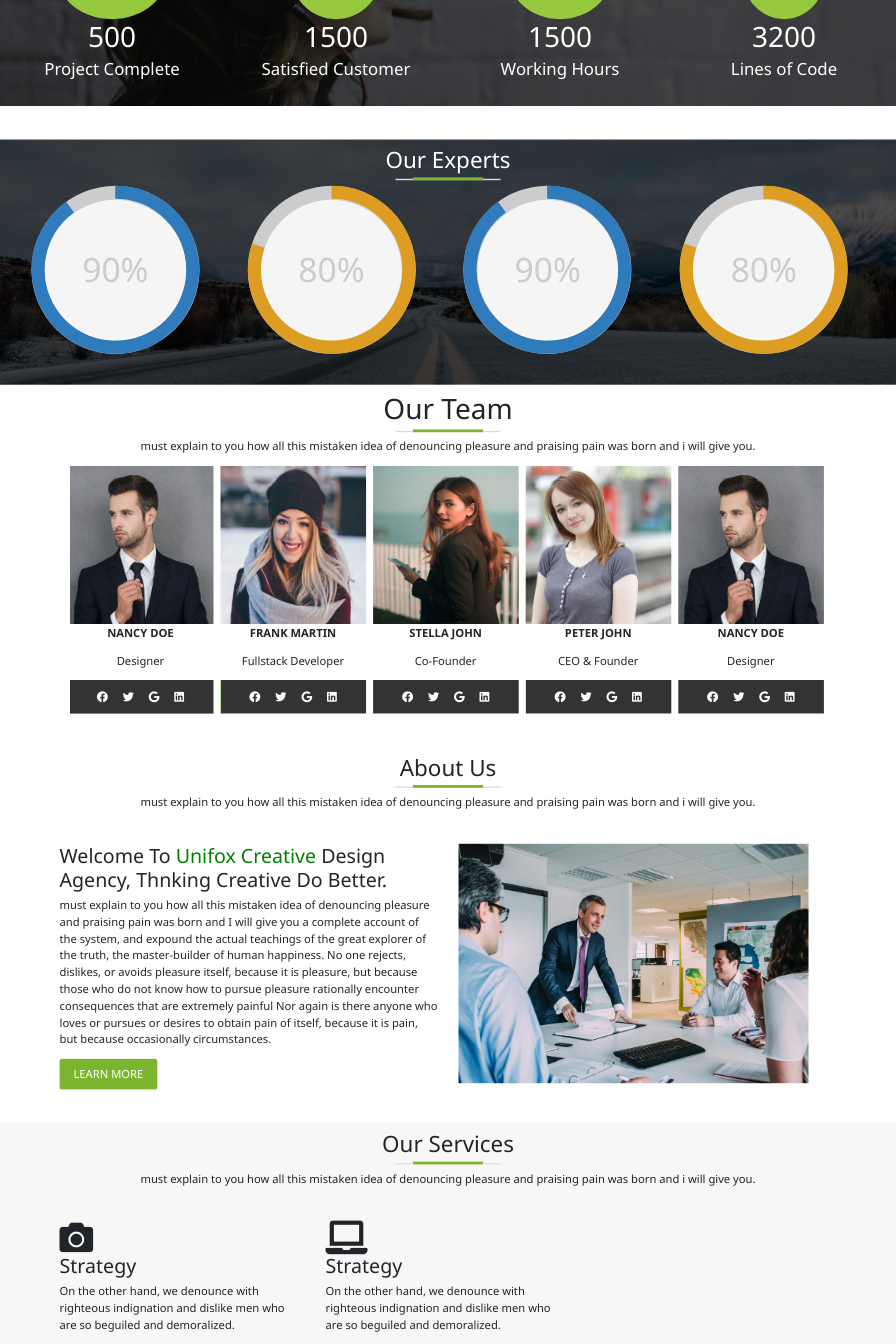
Repository: ibrkhalil/Uniforce-First-Attempt
Page: index.html
These files come from the project's save history. The page is drawn as it stood at one moment and after the next save; the edit follows.
The browser window is 1280 px wide. The pictures show the part of the page from y = 869 to 2789 px (the page is 2789 px tall), at 70% of full size.
Backgrounds fixed to the window are drawn as part of the page.

Above is the page before, as saved 2021-01-24 02:43:34.

### index.html
<!DOCTYPE html>
<html lang="en">
  <head>
    <meta charset="UTF-8" />
    <link rel="stylesheet" href="./bootstrap.min.css" />
    <link rel="stylesheet" href="owl.carousel.css" />
    <link rel="preconnect" href="https://fonts.gstatic.com" />
    <link rel="stylesheet" href="./jquery-ui.css" />
    <link
      rel="stylesheet"
      href="https://use.fontawesome.com/releases/v5.15.2/css/all.css"
      integrity="sha384-vSIIfh2YWi9wW0r9iZe7RJPrKwp6bG+s9QZMoITbCckVJqGCCRhc+ccxNcdpHuYu"
      crossorigin="anonymous"
    />
    <link rel="stylesheet" href="./circle.css" />
    <link
      href="https://fonts.googleapis.com/css2?family=Open+Sans&display=swap"
      rel="stylesheet"
    />
    <link rel="stylesheet" href="style.css" />
    <meta name="viewport" content="width=device-width, initial-scale=1.0" />
    <title>Unifox</title>
  </head>

  <body>
    <div class="main-nav">
      <nav
        class="navbar navbar-expand-lg justify-content-around sticky-top navbar-fixed-top"
      >
        <!-- <div class="container"> -->
        <a class="navbar-brand" href="#"><h3 class="unifox">UNIFOX</h3></a>
        <button
          class="navbar-toggler"
          type="button"
          data-toggle="collapse"
          data-target="#navbarSupportedContent"
          aria-controls="navbarSupportedContent"
          aria-expanded="false"
          aria-label="Toggle navigation"
        >
          <span class="fa fa-bars fa-3x"></span>
        </button>
        <div class="">
          <div class="nav-items">
            <div class="collapse navbar-collapse" id="navbarSupportedContent">
              <ul class="navbar-nav mr-auto">
                <li class="item">
                  <a class="nav-link active" href="#">HOME</a>
                </li>
                <li class="nav-item"><a class="nav-link" href="#">ABOUT</a></li>
                <li class="nav-item">
                  <a class="nav-link" href="#">SERVICES</a>
                </li>
                <li class="nav-item">
                  <a class="nav-link" href="#">POROFOLIO</a>
                </li>
                <li class="nav-link"><a href="#">PRICES</a></li>
                <li class="nav-link"><a href="#">TEAM</a></li>
                <li class="nav-link"><a href="#">TESTIMONIALS</a></li>
                <li class="nav-link"><a href="#">BLOG</a></li>
                <li class="nav-link"><a href="#">CONTACT</a></li>
              </ul>
            </div>
          </div>
        </div>

        <!-- </div> -->
      </nav>

      <!-- nav end -->

      <div class="jumbotron">
        <h1 class="display-4 jumbo-main-text">
          <strong>Unifox Creative & Unique.</strong>
        </h1>
        <p class="lead jumbo-subtext">
          Unifox Denounce With Righteous Indignation And Dislike Men Who Are So
          Beguiled And Demoralized By The Charms Of Pleasure Of The Moment.
        </p>

        <div class="jumbo-btns">
          <p class="lead">
            <a class="btn jumbo-btn btn-primary btn-lg" href="#" role="button"
              >Download Now</a
            >
          </p>
          <p class="lead">
            <a class="btn jumbo-btn btn-primary btn-lg" href="#" role="button"
              >Discover More</a
            >
          </p>
        </div>
      </div>
      <!-- jumbotron end -->
      <!-- heading end -->
    </div>
    <div class="counting-number parallax">
      <div class="container-fluid">
        <div class="row">
          <div class="col-md-3">
            <i class="fa counting-icon fa-cloud fa-5x"></i>
            <h1 class="counter" data-count="500">0</h1>
            <h4>Project Complete</h4>
          </div>
          <div class="col-md-3">
            <i class="fa counting-icon fa-user fa-5x"></i>
            <h1 class="counter" data-count="1500">0</h1>
            <h4>Satisfied Customer</h4>
          </div>
          <div class="col-md-3">
            <i class="fa counting-icon fa-folder-open fa-5x"></i>
            <h1 class="counter" data-count="1500">0</h1>
            <h4>Working Hours</h4>
          </div>
          <div class="col-md-3">
            <i class="fa counting-icon fa-plug fa-5x"></i>
            <h1 class="counter" data-count="3200">0</h1>
            <h4>Lines of Code</h4>
          </div>
        </div>
      </div>
    </div>

    <br />
    <br />

    <!-- Counting number div -->
    <div class="our-experts-main">
      <h2 class="our-experts-word line">Our Experts</h2>

      <div class="our-experts">
        <div class="clearfix circular-icons">
          <div class="c100 p90 big blue">
            <span>90%</span>
            <div class="slice">
              <div class="bar"></div>
              <div class="fill"></div>
            </div>
          </div>
          <div class="c100 p80 big orange">
            <span>80%</span>
            <div class="slice">
              <div class="bar"></div>
              <div class="fill"></div>
            </div>
          </div>
          <div class="c100 p90 big blue">
            <span>90%</span>
            <div class="slice">
              <div class="bar"></div>
              <div class="fill"></div>
            </div>
          </div>

          <div class="c100 p80 big orange">
            <span>80%</span>
            <div class="slice">
              <div class="bar"></div>
              <div class="fill"></div>
            </div>
          </div>
        </div>
        <!-- /green -->

        <!-- orange -->
        <div class="clearfix"></div>
      </div>
    </div>

    <!-- experts end -->

    <div class="our-team">
      <div class="container">
        <div class="our-team-text">
          <h1 class="line">Our Team</h1>

          <p>
            must explain to you how all this mistaken idea of denouncing
            pleasure and praising pain was born and i will give you.
          </p>
        </div>
        <div class="top-content">
          <div class="container-fluid">
            <div class="owl-carousel owl-theme">
              <div class="item">
                <img
                  src="./images/1 (1).jpg"
                  class="img-fluid mx-auto d-block"
                  alt="img1"
                />
                <strong class="team-member-name">
                  <p>STELLA JOHN</p>
                </strong>
                <p>Co-Founder</p>
                <div class="social-media-icons" data-content="Link Hover">
                  <div
                    class="container d-flex justify-content-around align-items-center"
                  >
                    <i class="fab fa-facebook"></i>
                    <i class="fab fa-twitter"></i>
                    <i class="fab fa-google"></i>
                    <i class="fab fa-linkedin"></i>
                  </div>
                </div>
              </div>

              <div class="item">
                <img
                  src="./images/2 (1).jpg"
                  class="img-fluid mx-auto d-block"
                  alt="img2"
                />
                <strong class="team-member-name">
                  <p>PETER JOHN</p>
                </strong>
                <p>CEO & Founder</p>
                <div class="social-media-icons">
                  <div
                    class="container d-flex justify-content-around align-items-center"
                  >
                    <i class="fab fa-facebook"></i>
                    <i class="fab fa-twitter"></i>
                    <i class="fab fa-google"></i>
                    <i class="fab fa-linkedin"></i>
                  </div>
                </div>
              </div>

              <div class="item">
                <img
                  src="./images/3 (1).jpg"
                  class="img-fluid mx-auto d-block"
                  alt="img3"
                />
                <strong class="team-member-name">
                  <p>NANCY DOE</p>
                </strong>
                <p>Designer</p>
                <div class="social-media-icons">
                  <div
                    class="container d-flex justify-content-around align-items-center"
                  >
                    <i class="fab fa-facebook"></i>
                    <i class="fab fa-twitter"></i>
                    <i class="fab fa-google"></i>
                    <i class="fab fa-linkedin"></i>
                  </div>
                </div>
              </div>

              <div class="item">
                <img
                  src="./images/4.jpg"
                  class="img-fluid mx-auto d-block"
                  alt="img4"
                />
                <strong class="team-member-name">
                  <p>FRANK MARTIN</p>
                </strong>
                <p>Fullstack Developer</p>
                <div class="social-media-icons">
                  <div
                    class="container d-flex justify-content-around align-items-center"
                  >
                    <i class="fab fa-facebook"></i>
                    <i class="fab fa-twitter"></i>
                    <i class="fab fa-google"></i>
                    <i class="fab fa-linkedin"></i>
                  </div>
                </div>
              </div>
            </div>
          </div>
        </div>
      </div>
    </div>
        <section class="about-section my-5 green-bottom-border">
            <div class="container">
                <h2 class="line">About Us</h2>
                <p class="mb-5 aligny-center">must explain to you how all this mistaken idea of denouncing pleasure and praising pain was born and i will give you.</p>
                <div class="row">
                    <div class="col-md-6"><h3>Welcome To <span class="green-color">Unifox Creative</span> Design Agency, Thnking Creative Do Better.</h3><p>must explain to you how all this mistaken idea of denouncing pleasure and praising pain was born and I will give you a complete account of the system, and expound the actual teachings of the great explorer of the truth, the master-builder of human happiness. No one rejects, dislikes, or avoids pleasure itself, because it is pleasure, but because those who do not know how to pursue pleasure rationally encounter consequences that are extremely painful Nor again is there anyone who loves or pursues or desires to obtain pain of itself, because it is pain, but because occasionally circumstances.</p>
                    <a href="#" class="btn social-media-icons-invert">LEARN MORE</a>
                    </div>
                    <div class="col-md-6">
                        <img src="./about-bg.jpg" src="about" width="500px">
                    </div>
                </div>
            </div>
            </section>

            <section class="our-services">
                    <div class="container">

                        <h2 class="our-services-word line">
                            Our Services
                        </h2>
                        <p class="aligny-center mb-5">must explain to you how all this mistaken idea of denouncing pleasure and praising pain was born and i will give you.</p>
                        <div class="row">
                            <div class="col-md-4">
                                <i class="green-filled-border fa fa-camera fa-3x"></i>
                                <h3>Strategy</h3>
                                <p>On the other hand, we denounce with righteous indignation and dislike men who are so beguiled and demoralized.</p>
                            </div>
                            <div class="col-md-4">
                                <i class="green-filled-border fa fa-laptop fa-3x"></i>
                                <h3>Strategy</h3>
                                <p>On the other hand, we denounce with righteous indignation and dislike men who are so beguiled and demoralized.</p>
                            </div>
                            <div class="col-md-4"></div>
                        </div>

                    </div>
            </section>



    <script src="./jquery.js"></script>
    <script src="./jquery-ui.js"></script>
    <script src="./owl.carousel.js"></script>
    <script src="./owl.autoplay.js"></script>
    <script src="./bootstrap.js"></script>
    <script src="./script.js"></script>
  </body>
</html>

### style.css
*{
    margin: 0;
    padding: 0;
}
body{
    font-family: 'Segoe UI', Tahoma, Geneva, Verdana, sans-serif;
}
.nav-items{
    display: flex;
    width: 100%;
    justify-content: space-between;
}

.main-nav h3{
    font-family: 'Open Sans', sans-serif;
    font-weight: bold;
    font-size: x-large;
}
.main-nav{
    transition: all 200ms;
    font-size: small;
    background: linear-gradient(to right, #96c93d, #00b09b);
    height: 100vh;
}
.main-nav a{
    text-decoration: none;
    color: white;
    border: none;
}
 .main-nav li, .main-nav h3 {
    margin-top: 1rem;
}
.circular-icons{
    display: flex;
    justify-content: space-between;
}
.jumbotron{
    text-align: center;
    margin-top: 5rem;
    color: white;
    background-color: transparent;
}
.jumbo-btn{
    background-color: #7CB62F;
}

.navbar-fixed-top a:hover{
    color: #3e3e3e;
}
.navbar-fixed-top.scrolled {
    width: 100vw;
    background-color: #fff !important;
    /* padding: 0.5rem 0; */
    /* transition: all 200ms ease; */

  }
/* .navbar-fixed-top.scrolled  a{
    color: black;

  } */
  .navbar-fixed-top.scrolled  a:hover{
    color: gray;

  }
.jumbo-btns{
    display: flex;
    justify-content: center;
}
.jumbo-subtext{

    margin: 2rem auto;
    width: 50%;
}
.jumbo-main-text{
font-weight: 400;
}
.jumbo-btns p{
   margin-right: 0.5rem;
}
.lead-btns a{
    display: flex;
    border: none;
}
.parallax {
    background-image: url("./fun_facts_bg.jpg");
    height: 300px;
    background-blend-mode: overlay;
    background-attachment: fixed;
    background-position: center;
    background-repeat: no-repeat;
    background-size: cover;
    background-color: rgba(0, 0, 0,0.7);
    color: white;
    text-align: center;
    display: flex;
    align-items: center;
  }
  .parallax img {
      height: 300px;
      object-fit: cover;
  }
  .counting-icon{
      padding: 2rem;
      background-color: #96c93d ;
      border-radius: 50%;
  }
.jumbo-btn:hover{
    transition: 1s;
    background-color: black;
}
.line{
    position: relative;
    text-align: center;
    padding: 10px 0;
}
.line::after , .line::before{
    content: "";
    width: 100px;
    height: 4px;
    position: absolute;
    background-color: #7CB62F;
    left: 50%;
    transform: translate(-50%,0);
    bottom: 0;
}
.line::before{
    height: 2px;
    background-color: #ddd;
    width: 150px;
}


.clearfix:before,.clearfix:after {content: " "; display: table;}
.clearfix:after {clear: both;}
.clearfix {*zoom: 1;}


.our-experts-main{
    background-image: url("./skill-bg.jpg");
    height: 350px;
    background-blend-mode: overlay;
    background-attachment: fixed;
    background-position: center;
    background-repeat: no-repeat;
    background-size: cover;
    background-color: rgba(0, 0, 0,0.7);
    color: white;
}
.our-experts-main:first-child{
    display: flex;
    justify-content: center;
}
.our-experts h2{
    display: block !important;
}
.our-team{
    text-align: center;
}
@media (min-width: 768px) and (max-width: 991px) {
    /* Show 4th slide on md if col-md-4*/
    .carousel-inner .active.col-md-4.carousel-item + .carousel-item + .carousel-item + .carousel-item {
        position: absolute;
        top: 0;
        right: -33.3333%;  /*change this with javascript in the future*/
        z-index: -1;
        display: block;
        visibility: visible;
    }
}
@media (min-width: 576px) and (max-width: 768px) {
    /* Show 3rd slide on sm if col-sm-6*/
    .carousel-inner .active.col-sm-6.carousel-item + .carousel-item + .carousel-item {
        position: absolute;
        top: 0;
        right: -50%;  /*change this with javascript in the future*/
        z-index: -1;
        display: block;
        visibility: visible;
    }
}
@media (min-width: 576px) {
    .carousel-item {
        margin-right: 0;
    }
    /* show 2 items */
    .carousel-inner .active + .carousel-item {
        display: block;
    }
    .carousel-inner .carousel-item.active:not(.carousel-item-right):not(.carousel-item-left),
    .carousel-inner .carousel-item.active:not(.carousel-item-right):not(.carousel-item-left) + .carousel-item {
        transition: none;
    }
    .carousel-inner .carousel-item-next {
        position: relative;
        transform: translate3d(0, 0, 0);
    }
    /* left or forward direction */
    .active.carousel-item-left + .carousel-item-next.carousel-item-left,
    .carousel-item-next.carousel-item-left + .carousel-item,
    .carousel-item-next.carousel-item-left + .carousel-item + .carousel-item {
        position: relative;
        transform: translate3d(-100%, 0, 0);
        visibility: visible;
    }
    /* farthest right hidden item must be also positioned for animations */
    .carousel-inner .carousel-item-prev.carousel-item-right {
        position: absolute;
        top: 0;
        left: 0;
        z-index: -1;
        display: block;
        visibility: visible;
    }
    /* right or prev direction */
    .active.carousel-item-right + .carousel-item-prev.carousel-item-right,
    .carousel-item-prev.carousel-item-right + .carousel-item,
    .carousel-item-prev.carousel-item-right + .carousel-item + .carousel-item {
        position: relative;
        transform: translate3d(100%, 0, 0);
        visibility: visible;
        display: block;
        visibility: visible;
    }
}
/* MD */
@media (min-width: 768px) {
    /* show 3rd of 3 item slide */
    .carousel-inner .active + .carousel-item + .carousel-item {
        display: block;
    }
    .carousel-inner .carousel-item.active:not(.carousel-item-right):not(.carousel-item-left) + .carousel-item + .carousel-item {
        transition: none;
    }
    .carousel-inner .carousel-item-next {
        position: relative;
        transform: translate3d(0, 0, 0);
    }
    /* left or forward direction */
    .carousel-item-next.carousel-item-left + .carousel-item + .carousel-item + .carousel-item {
        position: relative;
        transform: translate3d(-100%, 0, 0);
        visibility: visible;
    }
    /* right or prev direction */
    .carousel-item-prev.carousel-item-right + .carousel-item + .carousel-item + .carousel-item {
        position: relative;
        transform: translate3d(100%, 0, 0);
        visibility: visible;
        display: block;
        visibility: visible;
    }
}
/* LG */
@media (min-width: 991px) {
    /* show 4th item */
    .carousel-inner .active + .carousel-item + .carousel-item + .carousel-item {
        display: block;
    }
    .carousel-inner .carousel-item.active:not(.carousel-item-right):not(.carousel-item-left) + .carousel-item + .carousel-item + .carousel-item {
        transition: none;
    }
    /* Show 5th slide on lg if col-lg-3 */
    .carousel-inner .active.col-lg-3.carousel-item + .carousel-item + .carousel-item + .carousel-item + .carousel-item {
        position: absolute;
        top: 0;
        right: -25%;  /*change this with javascript in the future*/
        z-index: -1;
        display: block;
        visibility: visible;
    }
    /* left or forward direction */
    .carousel-item-next.carousel-item-left + .carousel-item + .carousel-item + .carousel-item + .carousel-item {
        position: relative;
        transform: translate3d(-100%, 0, 0);
        visibility: visible;
    }
    /* right or prev direction //t - previous slide direction last item animation fix */
    .carousel-item-prev.carousel-item-right + .carousel-item + .carousel-item + .carousel-item + .carousel-item {
        position: relative;
        transform: translate3d(100%, 0, 0);
        visibility: visible;
        display: block;
        visibility: visible;
    }
}
.social-media-icons{
    color: white;
    padding: 1rem;
    /* background: red; */
    background: linear-gradient(to left, #333 50%, #7CB62F 50%) right;
    background-size: 200%;
    transition: 1s ease;
}
.social-media-icons:hover{
    background-position:left;
}
.social-media-icons i{
    cursor: pointer;
}
.social-media-icons-invert{
    color: white;
    padding: 1rem;
    background: linear-gradient(to left, #7CB62F 50%, #333 50%) right;
    background-size: 200%;
    transition: 1s ease;
}
.social-media-icons-invert:hover{
    background-position:left;
}

.aligny-center{
    text-align: center;
}
.green-color{
    color: green;
}
.about-section a{
    padding: 10px 20px;
    border: none;
    background-color: #7CB62F;
    color: white;
}
.our-services{
    background-color: #F7F7F7;
}


.social-media-icons .fab:hover{
    transition: 1s;
    color: gold;
}
.carousel-item:nth-child(2){
    margin-bottom: 1rem;
}

@media screen and (max-width: 768px){
    /* .navbar-nav{ */
        .navbody{
        display: none;
        justify-content: center;
        width: 100vw;
        /* float: right; */
    }
}

Loaded but not shown: bootstrap.min.css (library); owl.carousel.css (library); jquery-ui.css (library); jquery.js (library); jquery-ui.js (library); owl.carousel.js (library); owl.autoplay.js (library); bootstrap.js (library); script.js (88 lines, source omitted); circle.css (879 lines, source omitted)

After the next save:
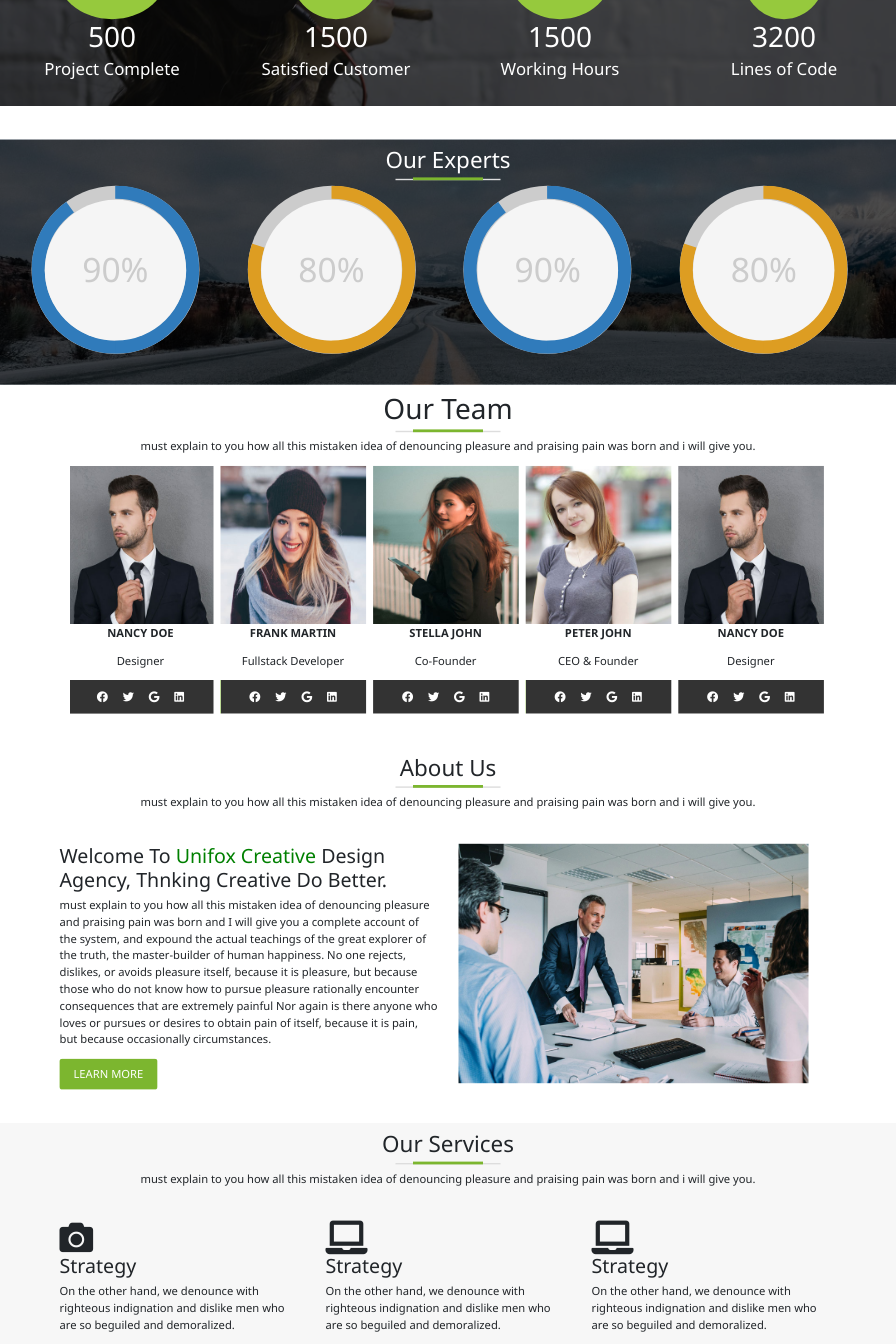
Saved 17 s later.
--- a/index.html
+++ b/index.html
@@ -307,7 +307,11 @@
                                 <h3>Strategy</h3>
                                 <p>On the other hand, we denounce with righteous indignation and dislike men who are so beguiled and demoralized.</p>
                             </div>
-                            <div class="col-md-4"></div>
+                            <div class="col-md-4">
+                                <i class="green-filled-border fa fa-laptop fa-3x"></i>
+                                <h3>Strategy</h3>
+                                <p>On the other hand, we denounce with righteous indignation and dislike men who are so beguiled and demoralized.</p>
+                            </div>
                         </div>
 
                     </div>
